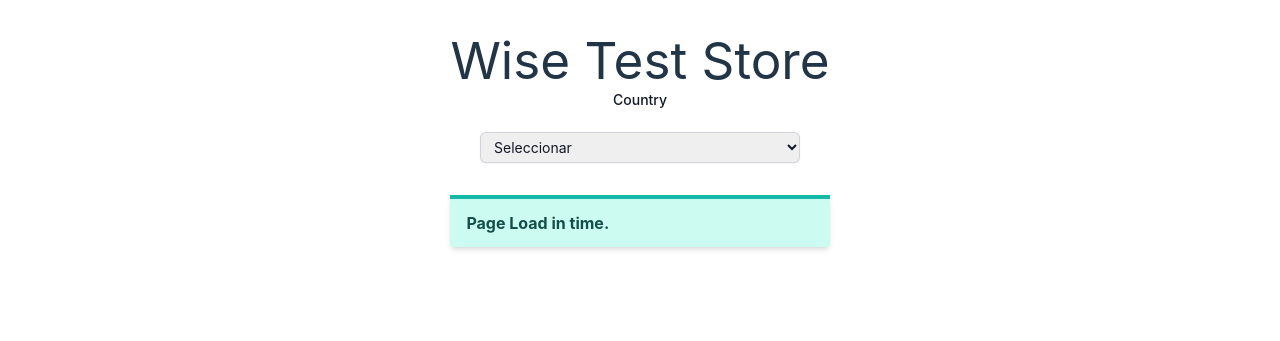
Repository: marianozamora/reactredux-wise
Page: /
An editor plug-in stored every save of this project. The page is shown before and after the next save, followed by the edit.
The browser window is 1280 px wide. The pictures show the whole page.
The page's requests for data from a server got no answer. The project was rebuilt for these pictures with package versions that can differ from the ones it lists, and the page was loaded fresh each time. No one was signed in, and anything a server would have sent is missing. Also part of the build but not shown: vite.config.ts.

Above is the page before, as saved 2023-04-08 02:43:05.

### src/App.tsx
import React from "react";
import "./App.css";
import { useEffect } from "react";
import shallow from "zustand/shallow";
import { useCounterStore } from "./store/counterStore";


function App() {
  const { title, products, filter } = useCounterStore(
    (state) => ({
      title: state.title,
      products: state.products,
      filter: state.options
    }),
    shallow
  );
  const {
    getProducts,
    getFilters,
    getFiltersByCategory
  } = useCounterStore();

  useEffect(() => {
    getProducts();
    getFilters();
  }, []);
  return (
    <div className="md:container md:mx-auto ">
      <h1>
        {title}
      </h1>
      <form>
        <div className="sm:col-span-3 align-middle text-center ">
            <label htmlFor="country" className="block text-sm font-medium leading-6 text-gray-900">Country</label>
            <div className="mt-2">
            <select
              onChange={(e) => {
                if (e.target.value) {
                  getFiltersByCategory(e.target.value);
                } else {
                  getProducts();
                }
              }
              }
              id="country" name="country"
              autoComplete="country-name" className="block w-full rounded-md border-0 py-1.5 text-gray-900 shadow-sm ring-1 ring-inset ring-gray-300 focus:ring-2 focus:ring-inset focus:ring-indigo-600 sm:max-w-xs sm:text-sm sm:leading-6 p-[10px] m-auto mb-8 mt-5">
              <option value="">Seleccionar</option>
              {
                filter.map((item,i) => (
                  <option key={i} value={item}>{item}</option>
                ))
              }

              </select>
            </div>
          </div>
      </form>

      <div className="flex justify-center flex-wrap flex-row  ">
      {
        products.map((product) => (

          <div key={product.id} className="max-w-sm bg-white border border-gray-200 rounded-lg shadow dark:bg-gray-800 dark:border-gray-700  m-2 w-full xl:w-[30%] lg:w-[48%]">
            <div
              className="bg-indigo-300 rounded-t-lg ">
              <img className="rounded-t-lg object-cover h-48 w-96 " src={product.image} alt="" />
            </div>
              <div className="p-3">
                  <a href="#">
                    <h5 className="mb-2 text-2xl font-bold tracking-tight text-gray-900 dark:text-white">{ product.title }</h5>
                  </a>
              {/* <p className="mb-3 font-normal text-gray-700 dark:text-gray-400">{product.description}</p> */}

                  <a href="#" className="inline-flex items-center px-3 py-2 text-sm font-medium text-center text-white bg-green-500 rounded-lg hover:bg-green-600 focus:ring-green-300 dark:bg-green-400 dark:hover:bg-green-500 ">
                      Read more
                  </a>
              </div>
          </div>

        ))
      }

      </div>

      <div className="bg-teal-100  border-teal-500 border-t-4 rounded-b text-teal-900 px-4 py-3 shadow-md" role="alert">
        <div className="flex">
          <div>
            <p className="font-bold">Page Load in time.</p>
          </div>
        </div>
      </div>
    </div>
  );
}

export default App;

### src/index.css
@tailwind base;
@tailwind components;
@tailwind utilities;


:root {
  font-family: Inter, system-ui, Avenir, Helvetica, Arial, sans-serif;
  line-height: 1.5;
  font-weight: 400;

  color-scheme: light dark;
  color: rgba(255, 255, 255, 0.87);
  background-color: #242424;

  font-synthesis: none;
  text-rendering: optimizeLegibility;
  -webkit-font-smoothing: antialiased;
  -moz-osx-font-smoothing: grayscale;
  -webkit-text-size-adjust: 100%;
}

/* a {
  font-weight: 500;
  color: #646cff;
  text-decoration: inherit;
}
a:hover {
  color: #535bf2;
} */

body {
  margin: 0;
  display: flex;
  place-items: center;
  /* min-width: 320px;
  min-height: 100vh; */
}

h1 {
  font-size: 3.2em;
  line-height: 1.1;
}

button {
  border-radius: 8px;
  border: 1px solid transparent;
  padding: 0.6em 1.2em;
  font-size: 1em;
  font-weight: 500;
  font-family: inherit;
  background-color: #1a1a1a;
  cursor: pointer;
  transition: border-color 0.25s;
}
/* button:hover {
  border-color: #646cff;
}
button:focus,
button:focus-visible {
  outline: 4px auto -webkit-focus-ring-color;
} */

@media (prefers-color-scheme: light) {
  :root {
    color: #213547;
    background-color: #ffffff;
  }
  a:hover {
    color: white;
  }
  button {
    background-color: #f9f9f9;
  }
}

### src/App.css

#root {
  max-width: 1280px;
  margin: 0 auto;
  padding: 2rem;
  text-align: center  ;
}

/* .logo {
  height: 6em;
  padding: 1.5em;
  will-change: filter;
  transition: filter 300ms;
} */
/* .logo:hover {
  filter: drop-shadow(0 0 2em #646cffaa);
}
.logo.react:hover {
  filter: drop-shadow(0 0 2em #61dafbaa);
} */

@keyframes logo-spin {
  from {
    transform: rotate(0deg);
  }
  to {
    transform: rotate(360deg);
  }
}

@media (prefers-reduced-motion: no-preference) {
  a:nth-of-type(2) .logo {
    animation: logo-spin infinite 20s linear;
  }
}

.card {
  padding: 2em;
}

.read-the-docs {
  color: #888;
}

### src/store/counterStore.ts
import {create} from "zustand";

export interface Product {
    id: number;
    title: string;
    body: string;
    price: number;
    category: string;
    description: string;
    image: string;
    rating: {
        rate: number;
        count: number;
    };
}

export interface Filter {
    category: string;
}

interface ProductsState {
    title: string;
    options: [];
    products: Product[];
    getProducts: () => Promise<void>;
    cleanStore: () => void;
    getFilters: () => Promise<void>;
    getFiltersByCategory: (categorie: any) => Promise<void>;
}

export const useCounterStore = create<ProductsState>((set, get) => ({
    title: "Wise Test Store",
    count: 10,
    products: [],
    options:[],
    getProducts: async () => {
        const products = await (
        await fetch("https://fakestoreapi.com/products")
        ).json();
        set((state) => ({ ...state, products }));
    },
    cleanStore: () => set({}, true),
    getFilters: async () => {
        const filters = await (
        await fetch("https://fakestoreapi.com/products/categories")
        ).json();
        set((state) => ({ ...state, options:filters }));
    },
    getFiltersByCategory: async (categorie) => {
        const data = await (
        await fetch(`https://fakestoreapi.com/products/category/${categorie}`)
        ).json();
        set((state) => ({ ...state, products:data }));
    }
}));

// const useBearStore = create<BearState>()(
//     devtools(
//       persist(
//         (set) => ({
//           bears: 0,
//           increase: (by) => set((state) => ({ bears: state.bears + by })),
//         }),
//         {
//           name: 'bear-storage',
//         }
//       )
//     )
//   )

Loaded but not shown: index.html (common file); src/main.tsx (common file); tailwind.config.js (common file)

After the next save:
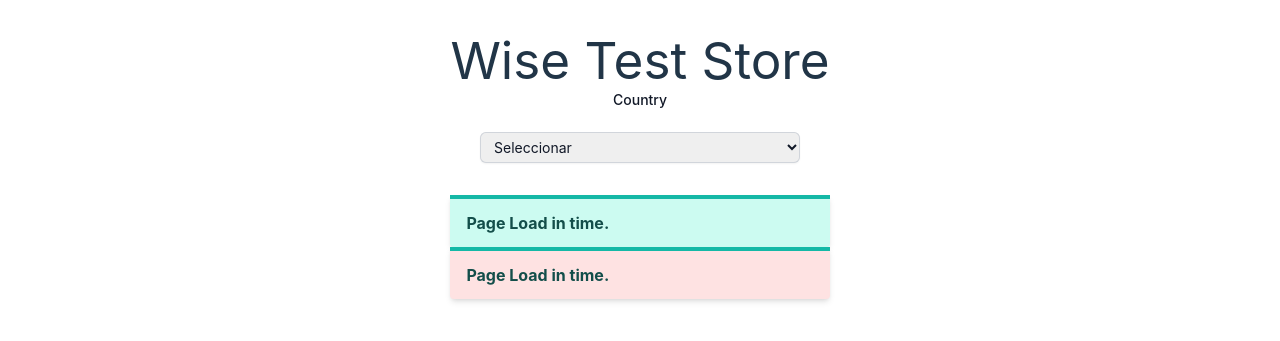
Saved 61 s later.
--- a/src/App.tsx
+++ b/src/App.tsx
@@ -23,6 +23,7 @@ function App() {
   useEffect(() => {
     getProducts();
     getFilters();
+
   }, []);
   return (
     <div className="md:container md:mx-auto ">
@@ -89,6 +90,13 @@ function App() {
           </div>
         </div>
       </div>
+      <div className="bg-red-100  border-teal-500 border-t-4 rounded-b text-teal-900 px-4 py-3 shadow-md" role="alert">
+        <div className="flex">
+          <div>
+            <p className="font-bold">Page Load in time.</p>
+          </div>
+        </div>
+      </div>
     </div>
   );
 }
